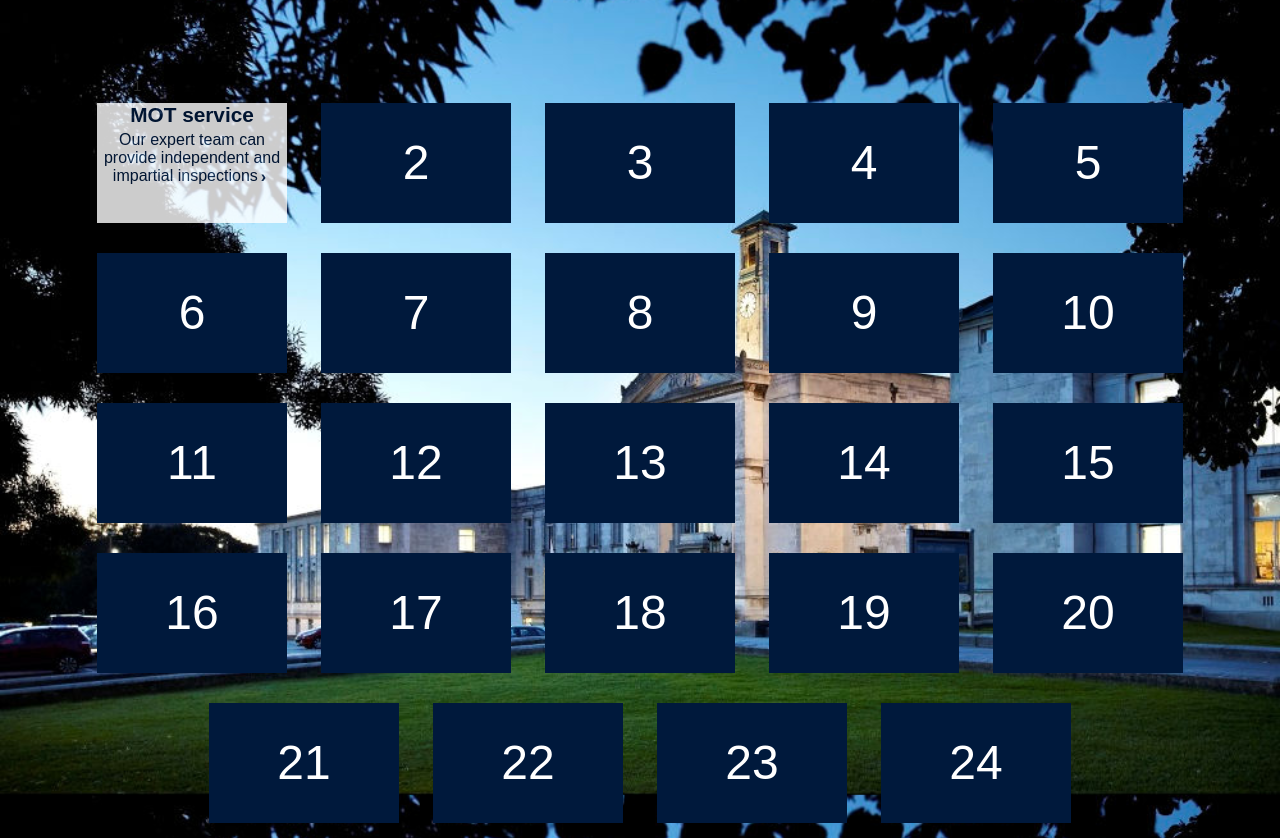
Repository: Domehead123/advent
Page: index.html
The author's editor kept a record of every edit. The page is drawn from the files as they stood at one moment, then again after the next edit.
The browser window is 1280 px wide. The pictures show the whole page.

Above is the page before.

### index.html
<!DOCTYPE html>
<html lang="en">
<head>
    <meta charset="UTF-8">
    <meta name="viewport" content="width=device-width, initial-scale=1.0">
    <meta http-equiv="X-UA-Compatible" content="ie=edge">
    <link rel="stylesheet" href="style.css" type="text/css" />
    <title>Document</title>
</head>
<body>
    <div class="window-wrapper">

        <div class="window-open"><a href="https://www.southampton.gov.uk/roads-parking/highway/mot/"></span><span class="window-header">MOT service</span>
        <span class="abstract">Our expert team can provide independent and impartial inspections</span><span class="day">1</span></a></div>


        <div class="window-closed">2</div>
        <div class="window-closed">3</div>
        <div class="window-closed">4</div>
        <div class="window-closed">5</div>
        <div class="window-closed">6</div>
        <div class="window-closed">7</div>
        <div class="window-closed">8</div>
        <div class="window-closed">9</div>
        <div class="window-closed">10</div>
        <div class="window-closed">11</div>
        <div class="window-closed">12</div>
        <div class="window-closed">13</div>
        <div class="window-closed">14</div>
        <div class="window-closed">15</div>
        <div class="window-closed">16</div>
        <div class="window-closed">17</div>
        <div class="window-closed">18</div>
        <div class="window-closed">19</div>
        <div class="window-closed">20</div>
        <div class="window-closed">21</div>
        <div class="window-closed">22</div>
        <div class="window-closed">23</div>
        <div class="window-closed">24</div>
    </div>
</body>
</html>

### style.css
body {
    background-image: url("images/civic-centre-2.jpg");
    background-size: cover;
    background-position: center;
    height: 100vh;
}

.window-wrapper {
    padding: 80px 50px 0 50px;
    text-align: center;
}

.window-open  {
    background: #fff;
    color: #00193c;
    opacity: 0.8;
    width: 190px;
    height: 120px;
    display: inline-block;
    vertical-align: top;
    margin: 15px;
    text-align: center;
    font-family: "franklin-gothic-urw",sans-serif;
    transition: 0.4s all;
}

.window-closed {
    font-size: 3em;
    text-align: center;
    font-family: "franklin-gothic-urw",sans-serif;
    line-height: 120px;
    width: 190px;
    height: 120px;
    display: inline-block;
    background-color: #00193c;
    color: #fff;
    margin: 15px;
}

.window-open:hover {
   background: #ddd;
}

.day {
    display: inline-block;
    position: relative;
    top: -90px;
    left: -130px;
    color: #333;
    font-size: 0.9em;
    text-decoration: none;
}

.window-open a {
    text-decoration: none;
    color: #00193c;
    transition: 0.4s all;
}

.window-open:hover a {
    text-decoration: underline;
}

.window-header {
font-size: 1.3em;
font-weight: bold;
margin: 0 0 4px 0;
display: block;
}

.abstract::after {
content: "\203A";
display: inline-block;
text-decoration: none;
font-weight: bold;
line-height: 0;
position: relative;
top: 1px;
left: 3px;
}

After the next edit:
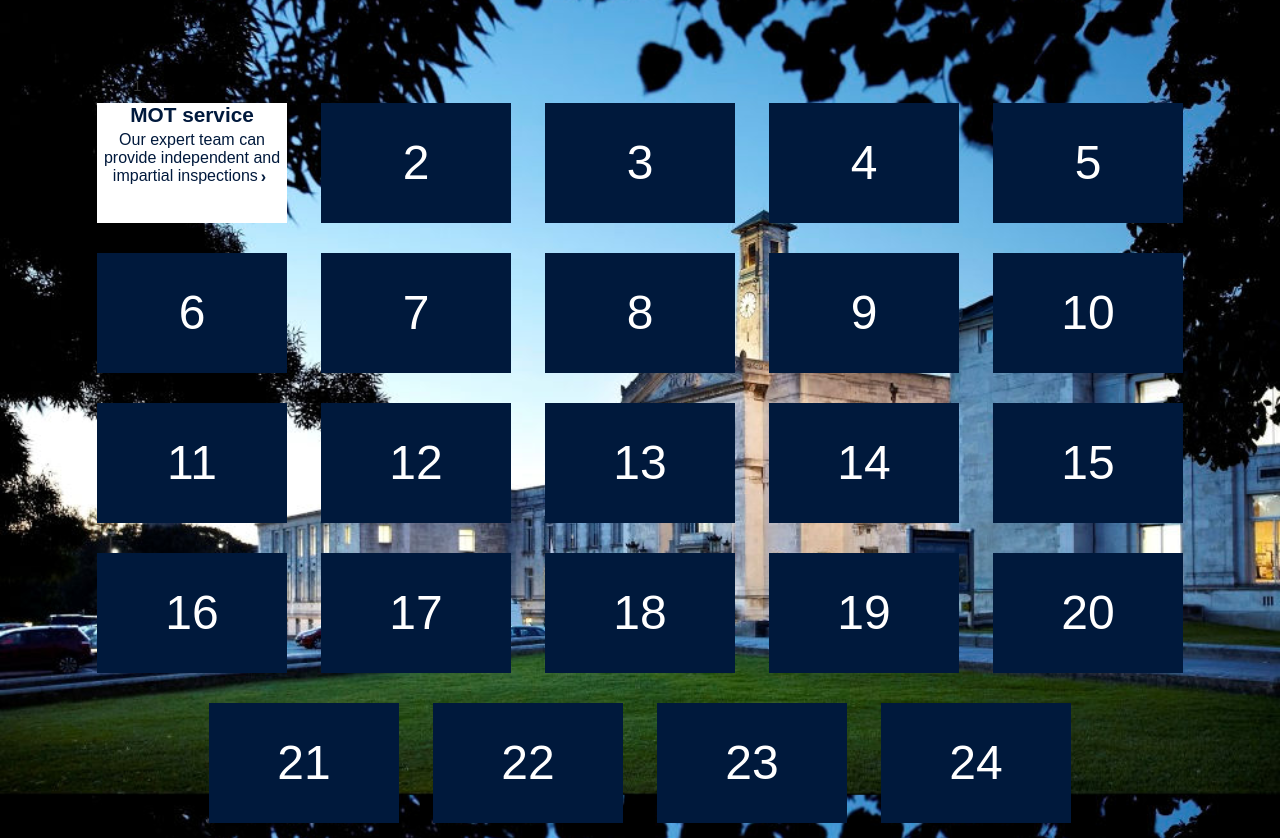
The edit:
--- a/style.css
+++ b/style.css
@@ -13,7 +13,6 @@
 .window-open  {
     background: #fff;
     color: #00193c;
-    opacity: 0.8;
     width: 190px;
     height: 120px;
     display: inline-block;
